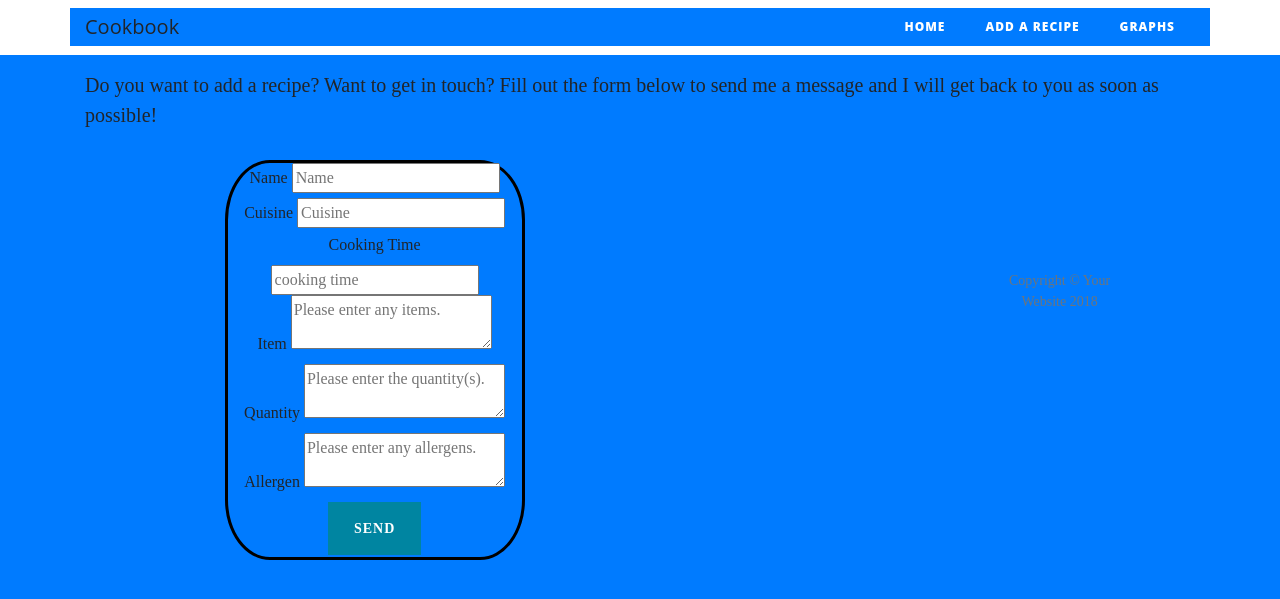
Repository: leemolton/recipes-project
Page: http://localhost/add_recipe
The author's editor kept a record of every edit. The page is drawn from the files as they stood at one moment, then again after the next edit.
The browser window is 1280 px wide. The pictures show the whole page.
The page is served by the project's application, run on Flask 3 (run.py). Queries for data that is not in the repository find no rows.

Above is the page before.

After the next edit:
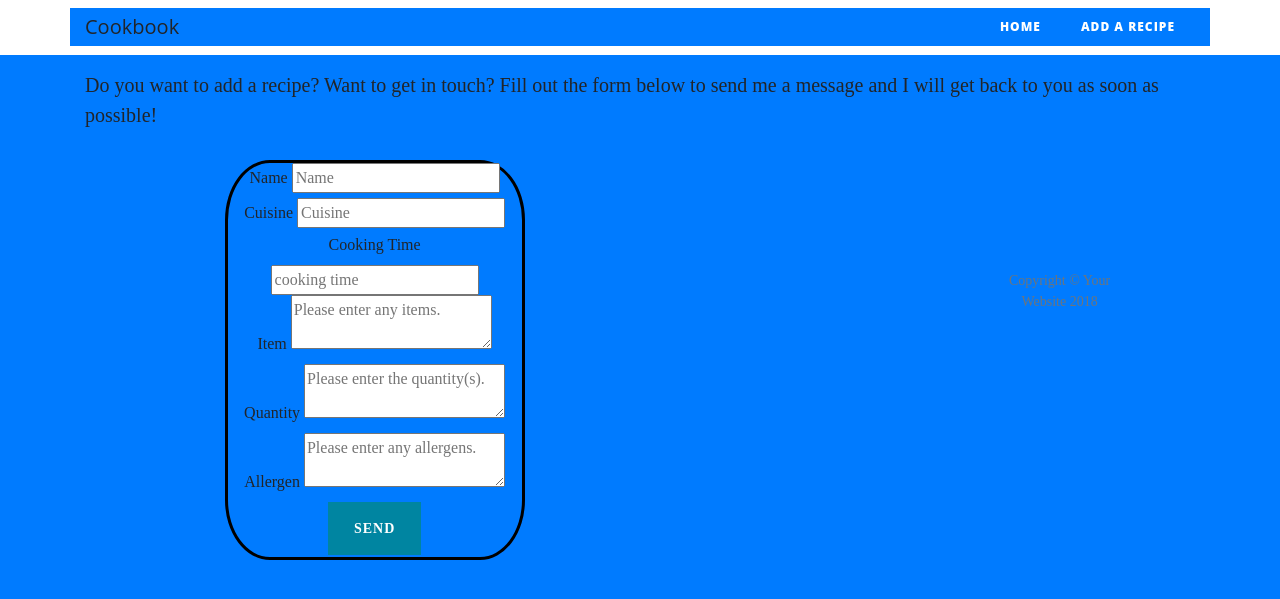
The edit:
--- a/templates/base.html
+++ b/templates/base.html
@@ -17,8 +17,6 @@
               <a class="nav-link" href="{{ url_for('index') }}">Home</a></li>
             <li class="nav-item">
               <a class="nav-link" href="{{ url_for('add_recipe') }}">Add a recipe</a></li>
-            <li class="nav-item">
-              <a class="nav-link" href="{{ url_for('add_recipe') }}">Graphs</a></li>
           </ul>
         </div>
       </div>
